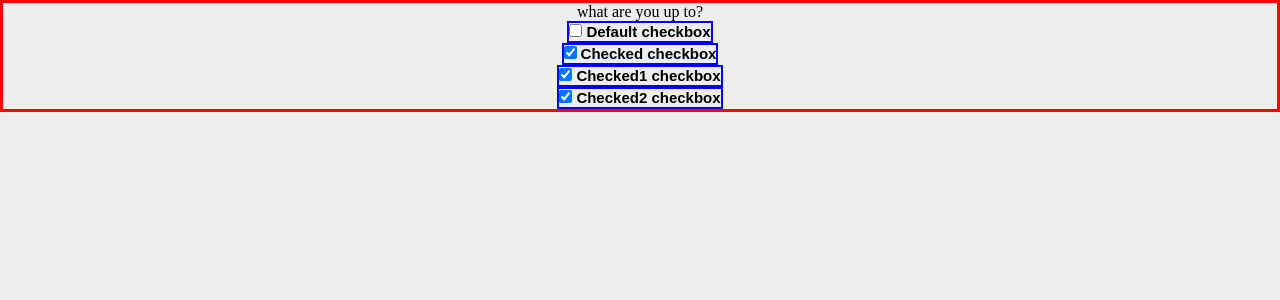
Repository: Grace229/Hasob-form
Page: index.html
The author's editor kept a copy of each file at every save. The page is drawn from the files as they stood at one save, then again after a run of saves.
The browser window is 1280 px wide. The pictures show the whole page.

Above is the page before, as saved 2020-12-26 19:38:11.

After the next 2 saves:
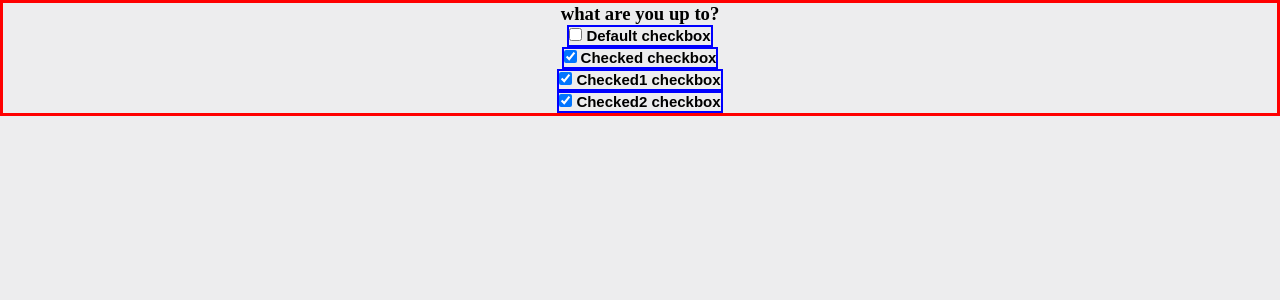
The 2 saves are shown as one change because they came seconds apart.
The last was saved 15 s later.
--- a/index.html
+++ b/index.html
@@ -10,7 +10,7 @@
     <!-- Default checkbox -->
     <div class="container">
         <div class="question">
-            <p>what are you up to?</p>
+            <h3>what are you up to?</p>
         </div>
 <div class="form-check">
     <input
